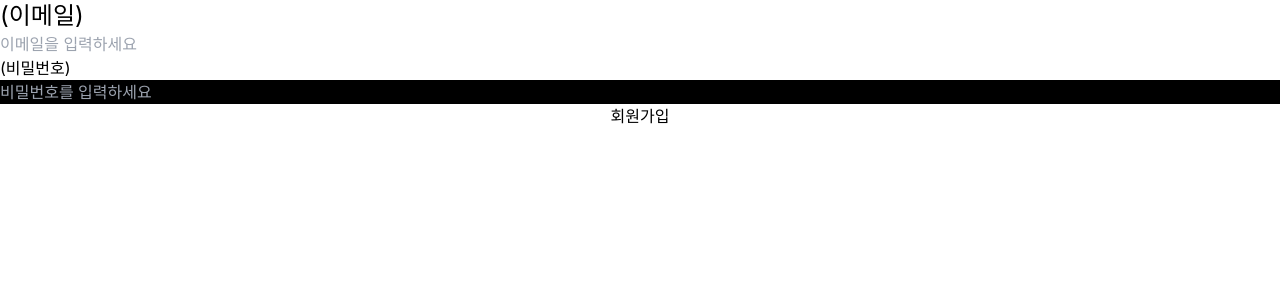
Repository: Hwang-uihyuk/wanted-pre-onboarding-frontend
Page: /signin
An editor plug-in stored every save of this project. The page is shown before and after the next save, followed by the edit.
The browser window is 1280 px wide. The pictures show the whole page.
The project was rebuilt for these pictures with package versions that can differ from the ones it lists, and the page was loaded fresh each time. Also part of the build but not shown: src/App.css, src/pages/Home.jsx, src/pages/SignUp.jsx, src/pages/NotFound.jsx, src/pages/Todo.jsx.

Above is the page before, as saved 2023-02-07 21:10:23.

After the next save:
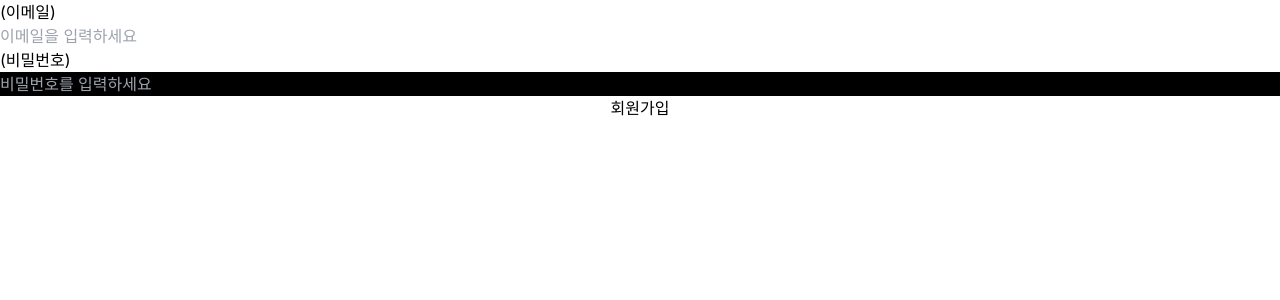
Saved 46 s later.
--- a/src/pages/SignIn.jsx
+++ b/src/pages/SignIn.jsx
@@ -50,7 +50,7 @@ export default function SignIn() {
   return (
     <div className=''>
         <form className ="flex flex-col"onSubmit={onSubmitHandler}>
-            <label className='text-2xl'>(이메일) </label>
+            <label>(이메일) </label>
             <input
              data-testid="email-input"
              type="email"
